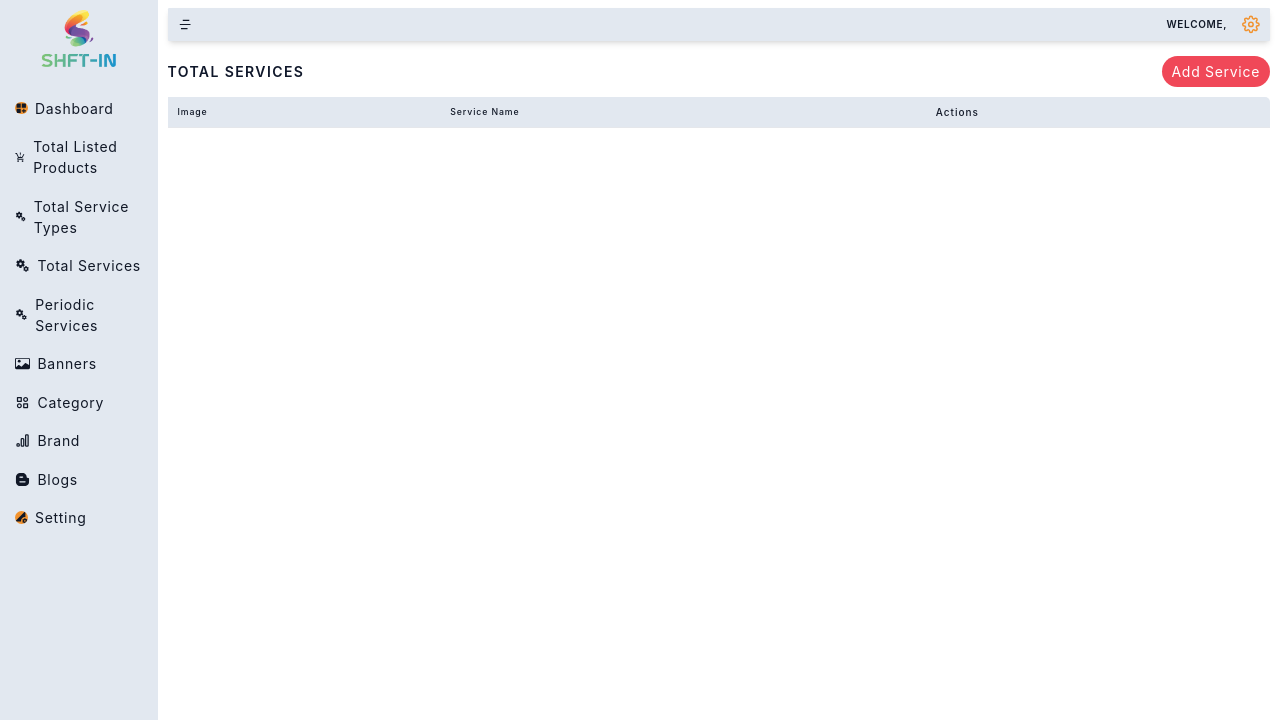
Repository: rohit0915/Mr-Arun-Chauhan-Admin-Panel
Page: /periodicService
The author's editor kept a copy of each file at every save. The page is drawn from the files as they stood at one save, then again after the next save.
The browser window is 1280 px wide. The pictures show the whole page.
The page's requests for data from a server got no answer. The project was rebuilt for these pictures with package versions that can differ from the ones it lists, and the page was loaded fresh each time. No one was signed in, and anything a server would have sent is missing. Also part of the build but not shown: src/components/BaseUrl.jsx, src/components/forms/Login.jsx, src/components/pages/Dashboard.jsx, src/vendorPanel/components/Auth.jsx, src/components/pages/products/Products.jsx, src/components/pages/categories/Categories.jsx, src/components/pages/subcategories/SubCategories.jsx, src/components/pages/manageprofiles/ManageProfiles.jsx and 75 more.

Above is the page before, as saved 2022-11-16 13:07:06.

After the next save:
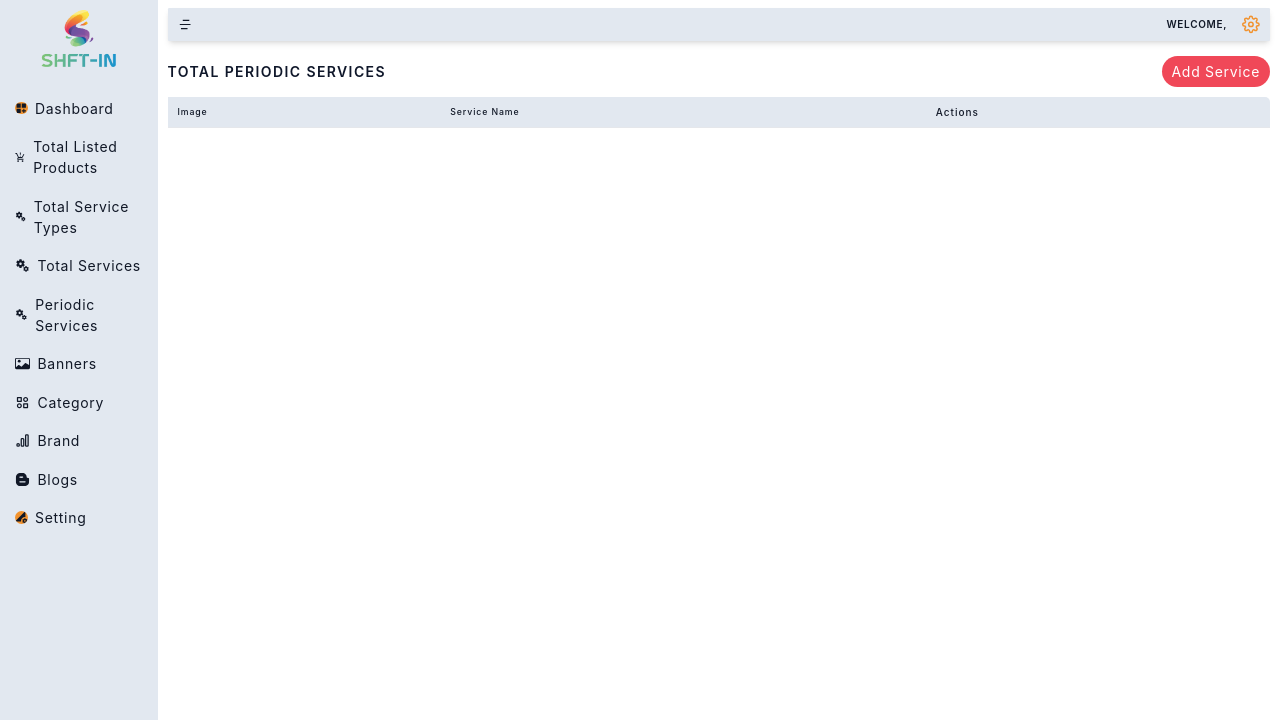
Saved 13 s later.
--- a/src/components/pages/Periodic/Periodic.js
+++ b/src/components/pages/Periodic/Periodic.js
@@ -128,7 +128,7 @@ const Periodic = () => {
         <section>
           <div className="pb-4 sticky top-0  w-full flex justify-between items-center bg-white ">
             <span className="tracking-widest text-slate-900 font-semibold uppercase ">
-              Total Services
+              Total Periodic  Services
             </span>
             <button
               onClick={() => {
